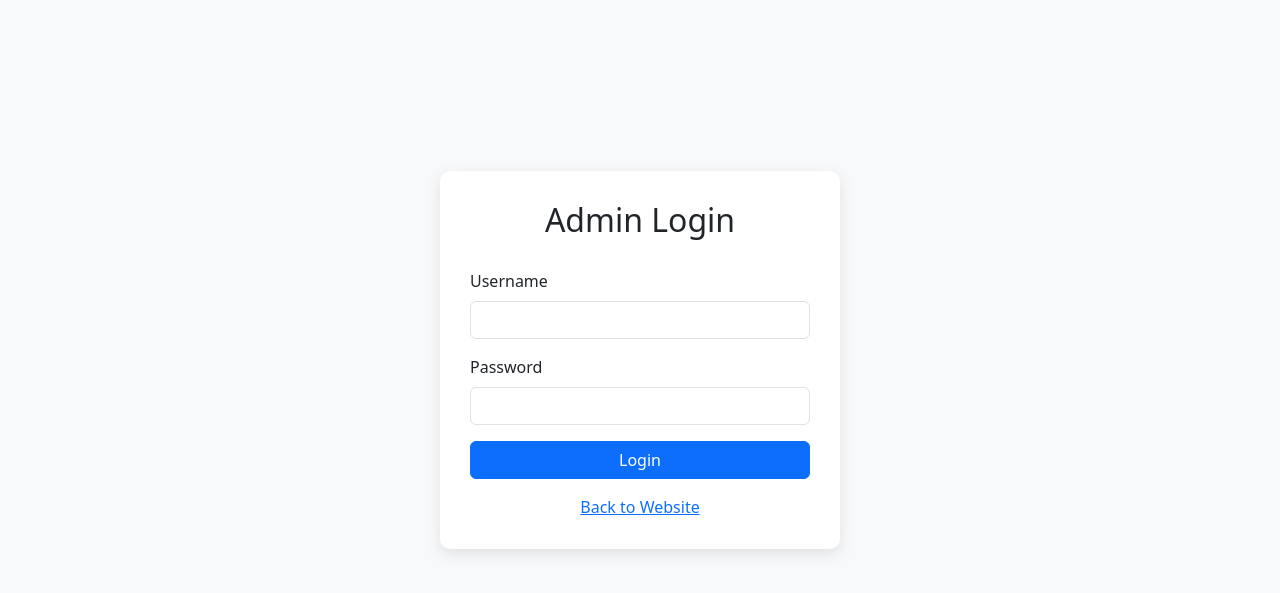
Repository: faridfirdaus-fred/portfolio-pweb
Page: http://localhost/admin/login.php
These files come from the project's save history. The page is drawn as it stood at one moment and after the next save; the edit follows.
The browser window is 1280 px wide. The pictures show the whole page.
The page is run by PHP 8.4 with error messages shown; the project is at /var/www/html/.

Above is the page before, as saved 2025-05-12 14:54:49.

### admin/login.php
<?php
session_start();

// Check if already logged in
if (isset($_SESSION['admin_logged_in']) && $_SESSION['admin_logged_in'] === true) {
    header("Location: index.php");
    exit;
}

// Include database configuration
require_once '../php/config.php';

$error = '';

// Check if form is submitted
if ($_SERVER["REQUEST_METHOD"] == "POST") {
    $username = $conn->real_escape_string($_POST['username']);
    $password = $_POST['password'];

    // Get admin user
    $sql = "SELECT * FROM admin WHERE username = '$username'";
    $result = $conn->query($sql);

    if ($result->num_rows == 1) {
        $user = $result->fetch_assoc();

        // Verify password
        if (password_verify($password, $user['password'])) {
            // Set session
            $_SESSION['admin_logged_in'] = true;
            $_SESSION['admin_id'] = $user['id'];
            $_SESSION['admin_username'] = $user['username'];

            // Redirect to dashboard
            header("Location: index.php");
            exit;
        } else {
            $error = "Invalid password";
        }
    } else {
        $error = "Invalid username";
    }
}
?>

<!DOCTYPE html>
<html lang="en">
<head>
    <meta charset="UTF-8">
    <meta name="viewport" content="width=device-width, initial-scale=1.0">
    <title>Admin Login</title>
    <!-- Bootstrap CSS -->
    <link href="https://cdn.jsdelivr.net/npm/bootstrap@5.3.0/dist/css/bootstrap.min.css" rel="stylesheet">
    <style>
        body {
            background-color: #f8f9fa;
            height: 100vh;
            display: flex;
            align-items: center;
            justify-content: center;
        }
        .login-form {
            max-width: 400px;
            width: 100%;
            padding: 30px;
            background-color: white;
            border-radius: 10px;
            box-shadow: 0 5px 15px rgba(0, 0, 0, 0.1);
        }
        .login-logo {
            text-align: center;
            margin-bottom: 30px;
        }
    </style>
</head>
<body>
    <div class="login-form">
        <div class="login-logo">
            <h2>Admin Login</h2>
        </div>

        <?php if (!empty($error)): ?>
            <div class="alert alert-danger"><?php echo $error; ?></div>
        <?php endif; ?>

        <form method="post" action="<?php echo htmlspecialchars($_SERVER["PHP_SELF"]); ?>">
            <div class="mb-3">
                <label for="username" class="form-label">Username</label>
                <input type="text" class="form-control" id="username" name="username" required>
            </div>
            <div class="mb-3">
                <label for="password" class="form-label">Password</label>
                <input type="password" class="form-control" id="password" name="password" required>
            </div>
            <button type="submit" class="btn btn-primary w-100">Login</button>
        </form>

        <div class="mt-3 text-center">
            <a href="../index.html">Back to Website</a>
        </div>
    </div>

    <!-- Bootstrap JS -->
    <script src="https://cdn.jsdelivr.net/npm/bootstrap@5.3.0/dist/js/bootstrap.bundle.min.js"></script>
</body>
</html>

### php/config.php
<?php
// Database configuration
$host = "localhost";
$username = "root";
$password = "";
$database = "portfolio_db";

// Create database connection
$conn = new mysqli(hostname: $host, username: $username, password: $password, database: $database);

// Check connection
if ($conn->connect_error) {
    die("Connection failed: " . $conn->connect_error);
}
?>

After the next save:
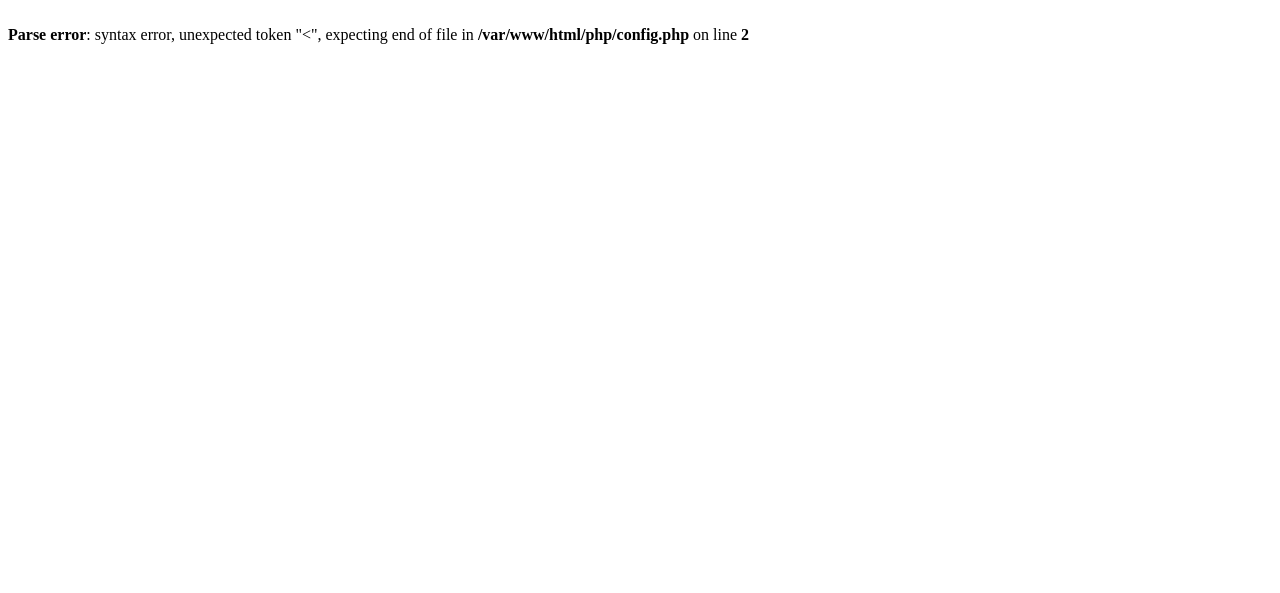
Saved 11 s later.
--- a/php/config.php
+++ b/php/config.php
@@ -1,3 +1,4 @@
+<?php
 <?php
 // Database configuration
 $host = "localhost";
@@ -6,7 +7,7 @@
 $database = "portfolio_db";
 
 // Create database connection
-$conn = new mysqli(hostname: $host, username: $username, password: $password, database: $database);
+$conn = new mysqli($host, $username, $password, $database);
 
 // Check connection
 if ($conn->connect_error) {

After the save that followed:
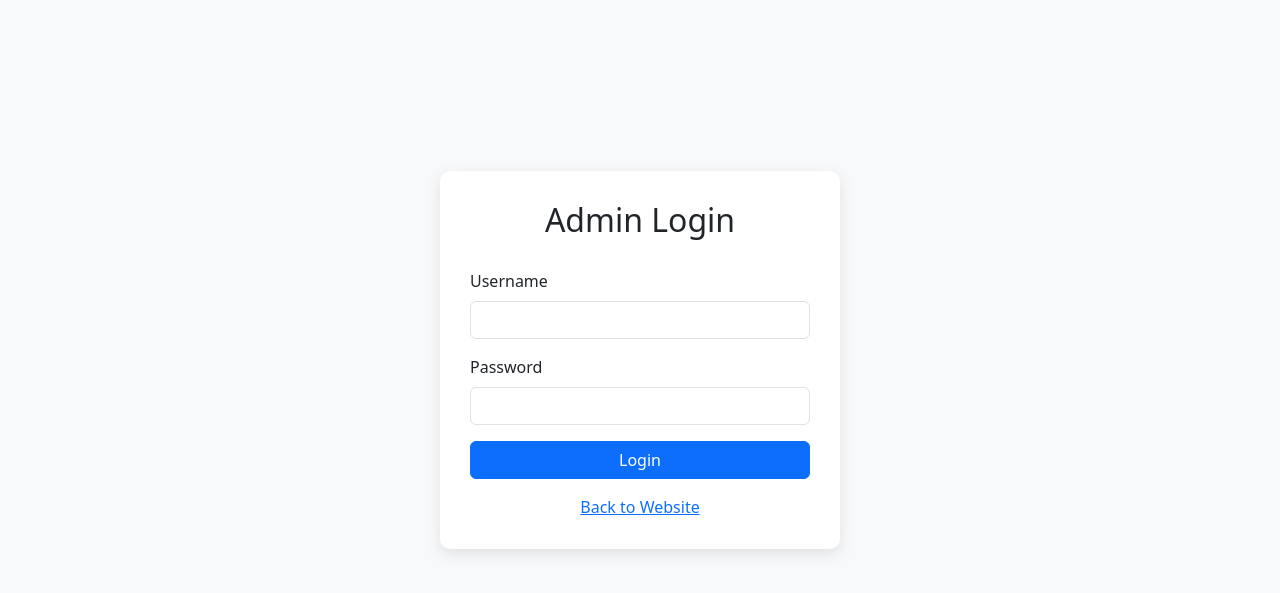
Saved 5 s later.
--- a/php/config.php
+++ b/php/config.php
@@ -1,4 +1,3 @@
-<?php
 <?php
 // Database configuration
 $host = "localhost";
